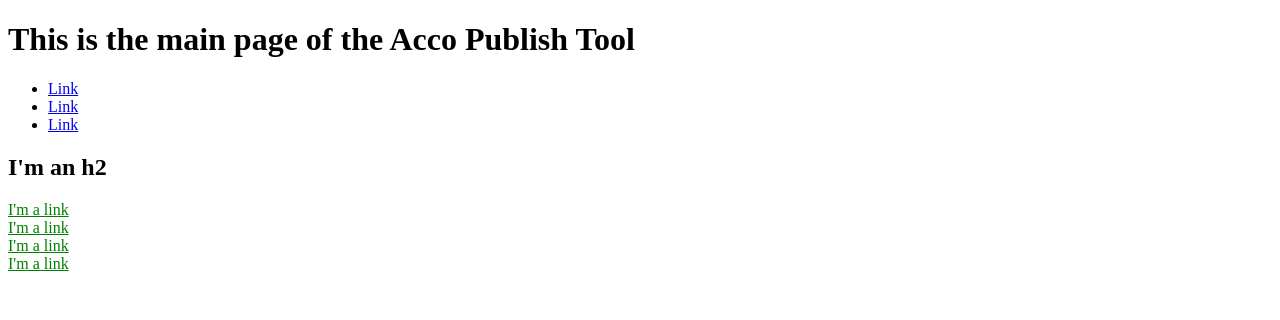
Repository: wimkinnet/Acco_Publish
Page: index.html
The author's editor kept a record of every edit. The page is drawn from the files as they stood at one moment, then again after the next edit.
The browser window is 1280 px wide. The pictures show the whole page.

Above is the page before.

After the next edit:
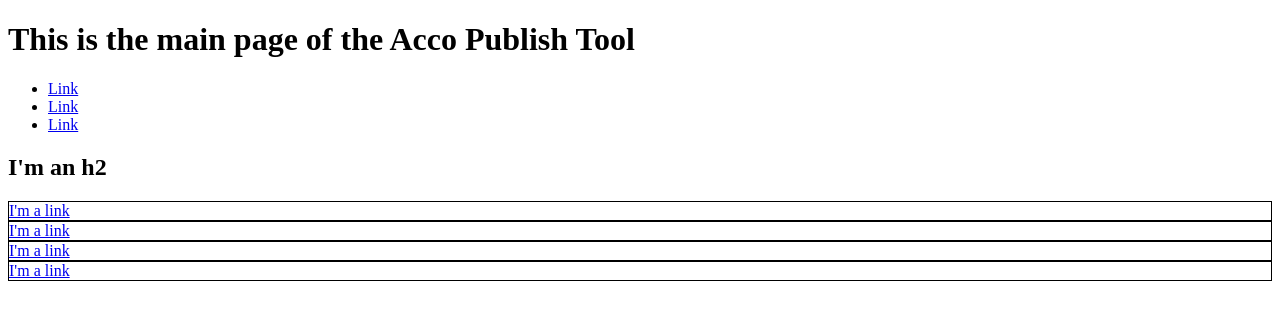
The edit:
--- a/index.html
+++ b/index.html
@@ -11,6 +11,8 @@
       #exec-bio {
         background-color: lightgrey;
       }
+      .bio-box {
+        border: 1px solid black;
       .bio-box a {
         color: green;
       }
